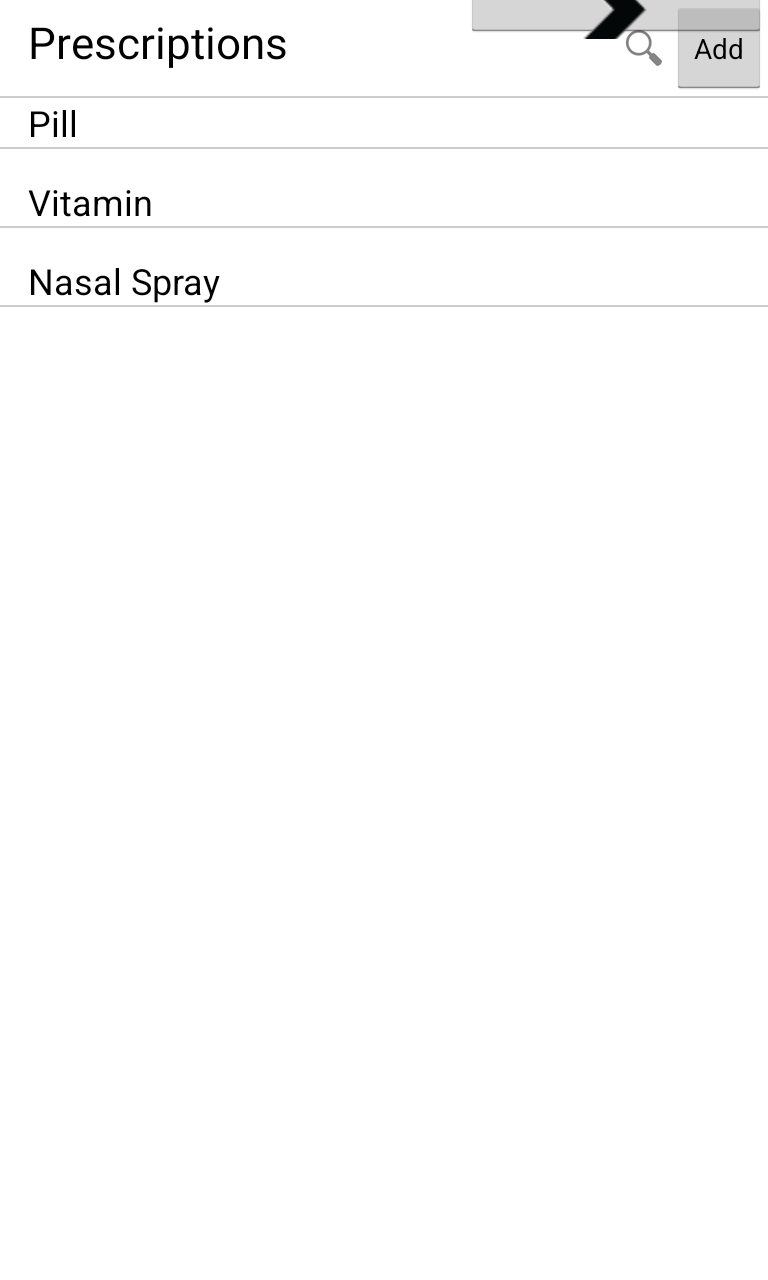
Repository: ranika/pilltracker
Layout: PillTracker/res/layout/fragment_prescription.xml
An editor plug-in stored every save of this project. The layout is shown before and after the next save, followed by the edit.
It is drawn on a 768 x 1280 px phone screen (xhdpi) without system bars, with theme AppTheme; the app's code is not run.

Above is the layout before, as saved 2014-04-10 03:49:47.

### PillTracker/res/layout/fragment_prescription.xml
<RelativeLayout xmlns:android="http://schemas.android.com/apk/res/android"
    android:layout_width="fill_parent"
    android:layout_height="fill_parent" >

    <Button
        android:id="@+id/button1"
        style="?android:attr/buttonStyleSmall"
        android:layout_width="wrap_content"
        android:layout_height="wrap_content"
        android:layout_alignParentRight="true"
        android:layout_alignParentTop="true"
        android:text="@string/add" />

    <View
        android:id="@+id/view1"
        android:layout_width="fill_parent"
        android:layout_height="1dp"
        android:layout_alignParentLeft="true"
        android:layout_below="@+id/button1"
        android:background="@color/black"
        android:paddingTop="20dp" />

    <SearchView
        android:id="@+id/searchView1"
        android:layout_width="wrap_content"
        android:layout_height="wrap_content"
        android:layout_alignParentRight="true"
        android:layout_alignParentTop="true"
        android:layout_marginRight="34dp" >
    </SearchView>

    <View
        android:layout_width="fill_parent"
        android:layout_height="1dp"
        android:layout_alignParentLeft="true"
        android:layout_below="@+id/textView1"
        android:background="@color/black"
        android:paddingTop="20dp" />

    <TextView
        android:id="@+id/textView2"
        android:layout_width="wrap_content"
        android:layout_height="wrap_content"
        android:layout_alignBaseline="@+id/button1"
        android:layout_alignBottom="@+id/button1"
        android:layout_alignLeft="@+id/textView1"
        android:text="@string/prescriptions"
        android:textAppearance="?android:attr/textAppearanceLarge" />

    <TextView
        android:id="@+id/textView1"
        android:layout_width="wrap_content"
        android:layout_height="wrap_content"
        android:layout_alignParentLeft="true"
        android:layout_below="@+id/view1"
        android:layout_marginLeft="14dp"
        android:text="@string/pill"
        android:textAppearance="?android:attr/textAppearanceMedium" />

    <Button
        android:id="@+id/button2"
        android:layout_width="wrap_content"
        android:layout_height="30dp"
        android:layout_alignBaseline="@+id/textView1"
        android:layout_alignBottom="@+id/textView1"
        android:layout_alignParentRight="true"
        android:drawableRight="@drawable/arrow_right" />

    <TextView
        android:id="@+id/textView3"
        android:layout_width="wrap_content"
        android:layout_height="wrap_content"
        android:layout_alignLeft="@+id/textView1"
        android:layout_below="@+id/textView1"
        android:layout_marginTop="15dp"
        android:text="@string/vitamin"
        android:textAppearance="?android:attr/textAppearanceMedium" />

    <View
        android:layout_width="fill_parent"
        android:layout_height="1dp"
        android:layout_alignParentLeft="true"
        android:layout_below="@+id/textView3"
        android:background="@color/black"
        android:paddingTop="20dp" />

    <TextView
        android:id="@+id/textView4"
        android:layout_width="wrap_content"
        android:layout_height="wrap_content"
        android:layout_alignLeft="@+id/textView3"
        android:layout_below="@+id/textView3"
        android:layout_marginTop="15dp"
        android:text="@string/nasal"
        android:textAppearance="?android:attr/textAppearanceMedium" />

    <View
        android:layout_width="fill_parent"
        android:layout_height="1dp"
        android:layout_alignParentLeft="true"
        android:layout_below="@+id/textView4"
        android:background="@color/black"
        android:paddingTop="20dp" />

</RelativeLayout>

### PillTracker/res/values/strings.xml
<?xml version="1.0" encoding="utf-8"?>
<resources>

    <string name="app_name">Pill Tracker</string>
    <string name="med_log">Medication Log</string>
    <string name="prescriptions">Prescriptions</string>
    <string name="reminders">Reminders</string>
    <string name="doctors">Doctors</string>
    <string name="pharmacies">Pharmacies</string>
    <string name="notes">Notes</string>
    <string name="settings">Settings</string>
    <color name="black">#CCCCCC</color>
    <string name="title_activity_med_log">Medication Log</string>
    <string name="today">Today</string>
    <string name="ten_am">10 AM</string>
    <string name="pill">Pill</string>
    <string name="vitamin">Vitamin</string>
    <string name="ten_pm">10 PM</string>
    <string name="nasal">Nasal Spray</string>
    <string name="title_activity_prescription">Prescriptions</string>
    <string name="add">Add</string>

</resources>

Loaded but not shown: PillTracker/res/values/styles.xml (common file); PillTracker/res/values-v11/styles.xml (common file); PillTracker/res/values-v14/styles.xml (common file)

After the next save:
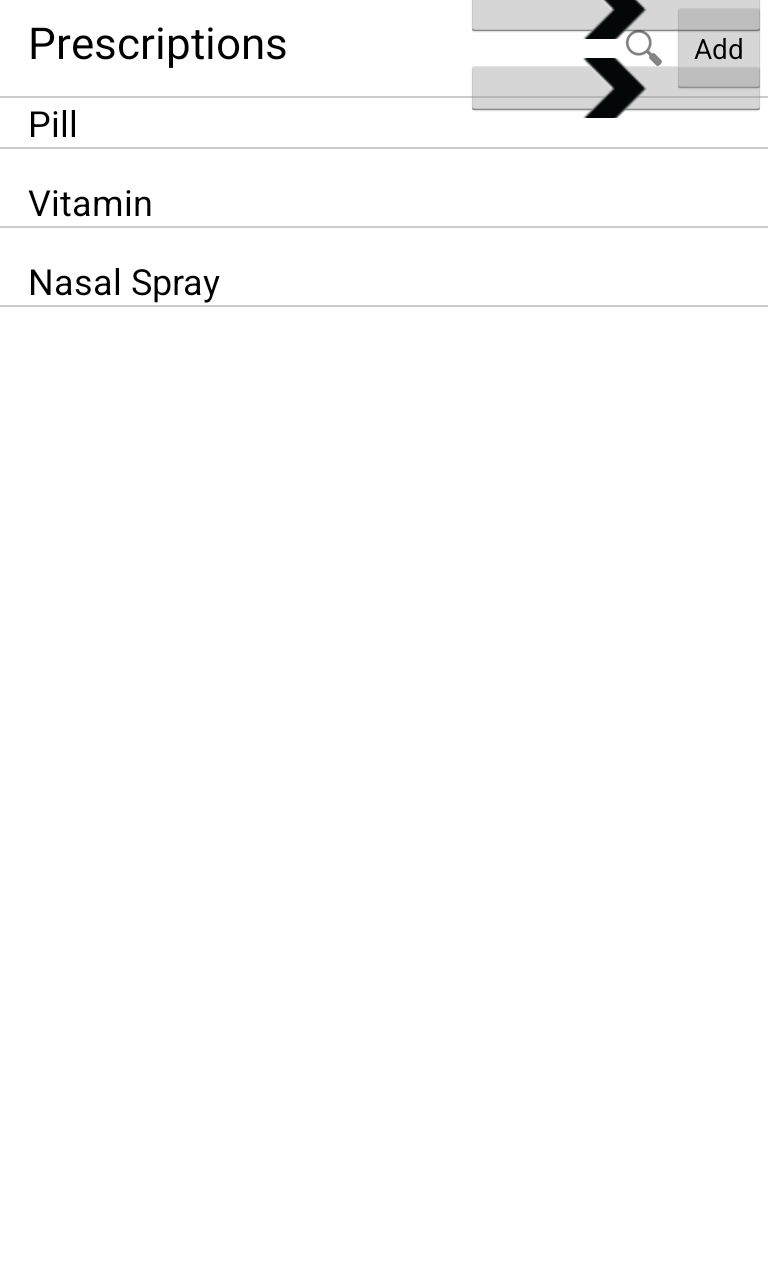
Saved 49 s later.
--- a/PillTracker/res/layout/fragment_prescription.xml
+++ b/PillTracker/res/layout/fragment_prescription.xml
@@ -102,4 +102,14 @@
         android:background="@color/black"
         android:paddingTop="20dp" />
 
+    <Button
+        android:id="@+id/button3"
+        android:layout_width="wrap_content"
+        android:layout_height="30dp"
+        android:layout_alignBaseline="@+id/textView3"
+        android:layout_alignBottom="@+id/textView3"
+        android:layout_alignParentRight="true"
+        android:drawableRight="@drawable/arrow_right" />
+
+
 </RelativeLayout>
